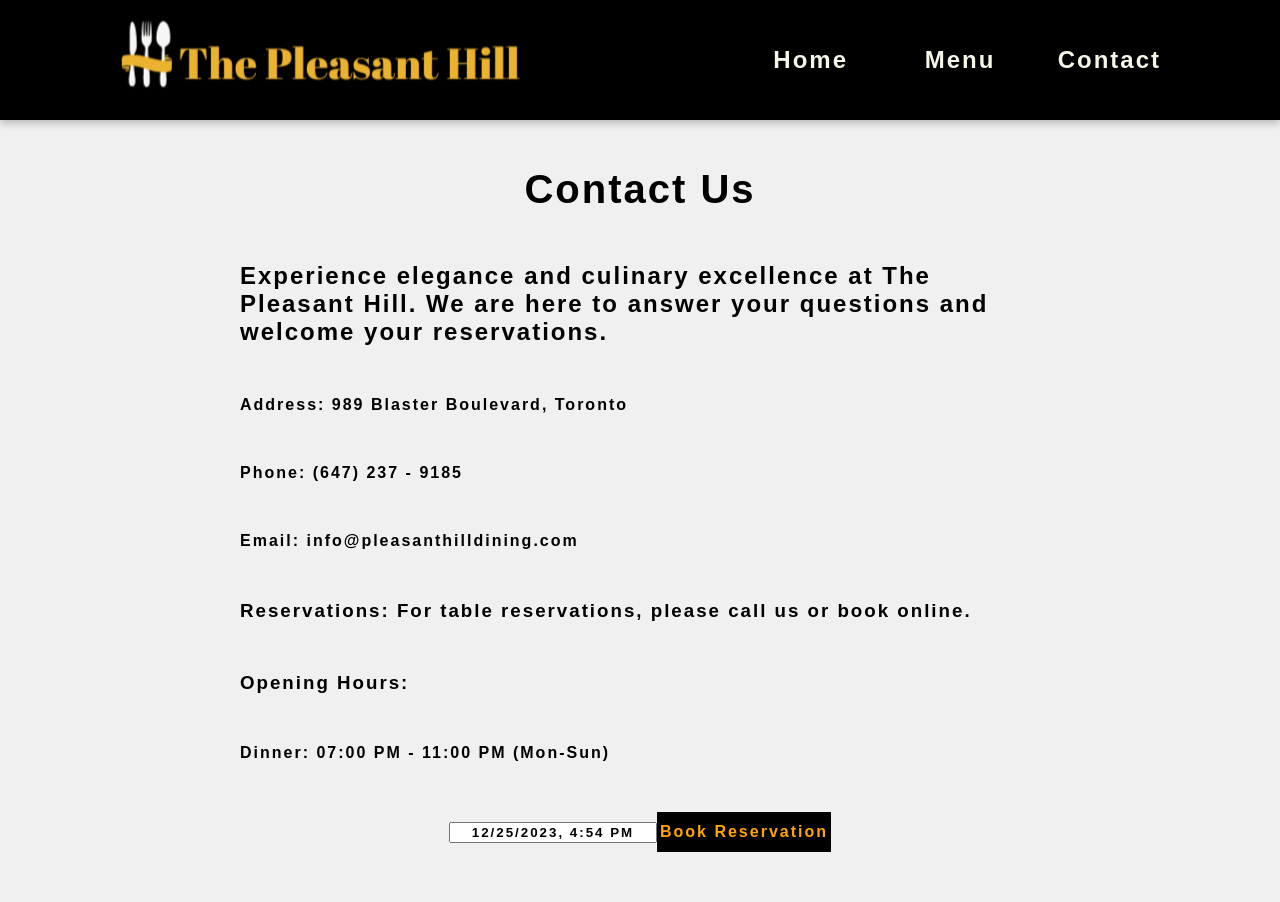
Repository: shayanabedi98/pleasant-hill-restaurant
Page: /, after clicking the first element matching `ul > :nth-child(3)`
An editor plug-in stored every save of this project. The page is shown before and after the next save, followed by the edit.
The browser window is 1280 px wide. The pictures show the part of the page from y = 0 to 902 px (the page is 1302 px tall).
Pictures or frames that could not be fetched are drawn as grey boxes. Some web fonts or font styles are not loaded; a fallback is used. The project was rebuilt for these pictures with package versions that can differ from the ones it lists, and the page was loaded fresh each time. Also part of the build but not shown: vite.config.js, src/components/MenuList.jsx, src/components/Appetizers.jsx, src/components/Entrees.jsx, src/components/Desserts.jsx, src/components/Drinks.jsx, src/components/Menu.jsx, src/index.css.

Above is the page before, as saved 2024-01-08 16:43:56.

### index.html
<!doctype html>
<html lang="en">
  <head>
    <meta charset="UTF-8" />
    <link rel="icon" type="image/svg+xml" href="/vite.svg" />
    <meta name="viewport" content="width=device-width, initial-scale=1.0" />
    <link rel="preconnect" href="https://fonts.googleapis.com">
    <link rel="preconnect" href="https://fonts.gstatic.com" crossorigin>
    <link href="https://fonts.googleapis.com/css2?family=Italiana&display=swap" rel="stylesheet">
    <title></title>
  </head>
  <body>
    <div id="root"></div>
    <script type="module" src="/src/main.jsx"></script>
  </body>
</html>

### src/App.jsx
import { useState } from "react";
import Contact from "./components/Contact";
import Home from "./components/Home";
import Menu from "./components/Menu";
import Navbar from "./components/Navbar";
import "./App.css";

function App() {
  const [activeDiv, setActiveDiv] = useState({
    home: true,
    menu: false,
    contact: false,
  });

  const renderDiv = (clickedItem) => {
    setActiveDiv({
      home: clickedItem === 'home',
      menu: clickedItem === 'menu',
      contact: clickedItem === 'contact'
    })
  }

  return (
    <>
      <Navbar onClick={renderDiv} />
      {activeDiv.home && <Home />}
      {activeDiv.menu && <Menu />}
      {activeDiv.contact && <Contact />}
    </>
  );
}

export default App;

### src/components/Contact.jsx
import React, { useState } from "react";
import DatePicker from "react-datepicker";
import "react-datepicker/dist/react-datepicker.css";

const Contact = () => {
  const [startDate, setStartDate] = useState(new Date());

  const startOfDay = new Date();
  startOfDay.setHours(19, 0, 0, 0);
  const endOfDay = new Date();
  endOfDay.setHours(23, 0, 0, 0);

  return (
    <div className="contact">
      <h1>Contact Us</h1>
      <h2>Experience elegance and culinary excellence at The Pleasant Hill. We are here to answer your questions and welcome your reservations.</h2>
      <p>Address: 989 Blaster Boulevard, Toronto</p>
      <p>Phone: (647) 237 - 9185</p>
      <p>Email: info@pleasanthilldining.com</p>
      <h3>Reservations: For table reservations, please call us or book online.</h3>
      <h3>Opening Hours:</h3>
      <p>Dinner: 07:00 PM - 11:00 PM (Mon-Sun)</p>
      <DatePicker
        selected={startDate}
        onChange={(date) => setStartDate(date)}
        minDate={startDate}
        minTime={startOfDay}
        maxTime={endOfDay}
        showTimeSelect
        dateFormat="Pp"
      />
      <button>Book Reservation</button>
      <div className="iframe-div">
        <iframe
          className="map"
          src="https://www.google.com/maps/embed?pb=!1m18!1m12!1m3!1d721.6078904512414!2d-79.3904640303319!3d43.65999366841537!2m3!1f0!2f0!3f0!3m2!1i1024!2i768!4f13.1!3m3!1m2!1s0x882b34b7cf806435%3A0x842c90518fb9fea1!2s109%20College%20St%2C%20Toronto%2C%20ON%20M5G%201L6!5e0!3m2!1sen!2sca!4v1703711320331!5m2!1sen!2sca"
          width="800"
          height="400"
          style={{ border: 0 }}
        ></iframe>
      </div>
    </div>
  );
};

export default Contact;

### src/components/Home.jsx
import React from 'react'
import aboutImg from '../assets/about.jpg'
import toronto from '../assets/toronto.jpg'
import '../assets/banner.jpg'

const Home = () => {
  return (
    <div className='home'>
      <div className='banner-content'>
        <h1>Dine in luxury at The Pleasant Hill</h1>
        <div className='banner-buttons'>
          <button>View Menu</button>
          <button>Book Reservation</button>
        </div>
      </div>
      <div className="about">
        <div className='about1'>
          <img src={aboutImg} alt="zoomed in picture of a dining table with utensils" />
          <h2>Indulge in the Epitome of Gastronomic Luxury at The Pleasant Hill, Toronto's premier dining establishment where every dish promises an adventure for the senses. Experience the pinnacle of culinary artistry in the heart of Ontario. Each dish is a masterpiece, composed of the finest locally-sourced ingredients and presented with the elegance worthy of royalty.</h2>
        </div>

        <div className="about2">
          <p>Nestled in the heart of Toronto, Ontario, The Pleasant Hill offers an oasis of culinary refinement in a world bustling with activity. This luxurious haven of gastronomy is not just a restaurant; it is a destination where the art of fine dining is celebrated, and every meal is an exquisite journey. With its opulent ambiance, The Pleasant Hill invites patrons to indulge in a symphony of flavors crafted by world-renowned chefs. Our sommelier-curated wine selection complements the epicurean delights, featuring rare vintages and sought-after labels from the most esteemed vineyards. At The Pleasant Hill, we believe that a meal should be a cherished moment, a time to savor the luxuries that life has to offer. We take pride in creating an unforgettable experience that begins with a warm welcome and lingers long after the last decadent dessert is enjoyed. Come, be our guest and immerse yourself in the pinnacle of Toronto's dining scene.</p>
          <img src={toronto} alt="Toronto skyline" />
        </div>
      </div>
    </div>
  )
}

export default Home

### src/components/Navbar.jsx
import React from "react";
import logo from "../assets/logo2.png";

const Navbar = ({ onClick }) => {
  return (
    <div className="navbar">
      <img src={logo} alt="" />
      <ul>
        <li onClick={() => onClick("home")}>Home</li>
        <li onClick={() => onClick("menu")}>Menu</li>
        <li onClick={() => onClick("contact")}>Contact</li>
      </ul>
    </div>
  );
};

export default Navbar;

### src/App.css
* {
  font-family: 'Italiana', sans-serif;
  font-weight: 600;
  letter-spacing: 2px;
}

body {
  padding: 0px;
  margin: 0px;
}

.navbar {
  background-color: black;
  display: grid;
  grid-template-columns: 1fr 1fr;
  place-items: center;
  align-content: center;
  height: 120px;
  box-shadow: rgba(0, 0, 0, 0.24) 0px 3px 8px;
  z-index: 2;
  position: fixed;
  width: 100%;
  top: 0;
}

.navbar ul li {
  list-style: none;
  font-size: 24px;
  text-align: center;
  color: rgb(245, 245, 232);
  background-color: black;
}

.navbar ul {
  display: grid;
  width: 70%;
  grid-template-columns: 1fr 1fr 1fr;
  padding: 0px;
  margin: 0px;

}

.navbar ul li:hover {
  cursor: pointer;
  background-color: #aa9c66;
}

.banner-content {
  background: url('./assets/banner.jpg');
  background-attachment: fixed;
  height: 980px;
  display: grid;
  place-items: center;
}

.banner-content h1 {
  position: relative;
  top: 200px;
  font-size: 70px;
  color: #ffffff;
}

.banner-buttons {
  position: relative;
  top: -150px;
  display: grid;
  grid-template-columns: 1fr 1fr;
  gap: 50px;
}

.banner-buttons button {
  width: 170px;
  height: 70px;
  font-size: 20px;
  border: none;
  background-color: #aa9c66;
  color: #ffffff;
  cursor: pointer;
  box-shadow: rgba(50, 50, 93, 0.25) 0px 13px 27px -5px, rgba(0, 0, 0, 0.3) 0px 8px 16px -8px;
}

.about {
  box-shadow: rgba(0, 0, 0, 0.1) 0px 4px 6px -1px, rgba(0, 0, 0, 0.06) 0px 2px 4px -1px;
  width: 1220px;
  margin: 70px auto;
  padding: 40px;
  text-align: start;
  background-color: #f0f0f0;
}

.about1, .about2 {
  display: grid;
  grid-template-columns: 1fr 1fr;
  place-items: center;
  width: 1200px;
  margin: 70px auto;
  padding: 25px;
  line-height: 35px;
}

.about img {
  height: 550px;
  width: 550px;
  object-fit: cover;
}

.menu {
  background-color: #f0f0f0;
  width: 1220px;
  padding: 40px;
  margin: 120px auto;
  box-shadow: rgba(0, 0, 0, 0.1) 0px 4px 6px -1px, rgba(0, 0, 0, 0.06) 0px 2px 4px -1px;
}

.card-container {
  display: grid;
  gap: 20px;
  grid-template-columns: repeat(3, 1fr);
  place-items: center;
  color: #aa9c66;
  width: 1200px;
  margin: auto;
}

.menu-imgs {
  width: 300px;
  margin: 30px 30px 30px 30px;
  border-radius: 5%;
}

.menu-desc {
  text-align: center;
  font-weight: 600;
  padding-left: 20px;
  padding-right: 20px
}

.menu-names {
  font-size: 25px;
  text-decoration: underline;
  color: rgb(158, 152, 96);
}

.card {
  width: 370px;
  min-height: 400px;
  cursor: pointer;
  box-shadow: 0 13px 27px -5px hsla(240, 30.1%, 28%, 0.25), 0 8px 16px -8px hsla(0, 0%, 0%, 0.3), 0 -6px 16px -6px hsla(0, 0%, 0%, 0.03);
  transition: all ease 200ms;
  display: grid;
  place-items: center;
  grid-template-rows: 1fr 0.3fr 0.3fr;
  background-color: black;
  border-radius: 1rem;
  overflow: hidden;

}

.card:hover {
  cursor: pointer;
  transform: scale(1.03);
  box-shadow: 0 13px 40px -5px hsla(240, 30.1%, 28%, 0.12), 0 8px 32px -8px hsla(0, 0%, 0%, 0.14), 0 -6px 32px -6px hsla(0, 0%, 0%, 0.02);
}


.menu-desc, .menu-names {
  background-color: black;
}

.menu h2 {
  text-align: center;
  font-size: 35px;
  margin: 60px 0 60px 0;

}

.menu h1 {
  text-align: center;
  font-size: 40px;
}

.menu-top-p {
  text-align: center;
  font-size: 23px;
  width: 1200px;
  margin: 70px auto;
}

.contact {
  background-color: #f0f0f0;
  width: 1200px;
  margin: 100px auto;
  height: 730px;
  padding: 40px;
  text-align: center;
}


.contact h1 {
  text-align: center;
  width: 1200px;
  font-size: 40px;
}

.contact p, .contact h2, .contact h3 {
  text-align: start;
  width: 800px;
  margin: 50px auto;
}


/* Style the calendar container */
.react-datepicker {
  border: none;
  border-radius: 10px;
  box-shadow: 0 4px 8px rgba(0, 0, 0, 0.1);

}

react-datepicker__input-container {
  margin: 0 auto;
}

.contact input {
  width: 200px;
  text-align: center;
  font-family: sans-serif;
}

/* Style the header */
.react-datepicker__header {
  background-color: #4a90e2;
  color: white;
}

/* Style the days of the week */
.react-datepicker__day-name {
  color: #333;
}

/* Style the date cells */
.react-datepicker__day, .react-datepicker__day-name {
  width: 2.5rem;
  line-height: 2.5rem;
  margin: 0.166rem;
  border-radius: 50%;
}

/* Style the selected date */
.react-datepicker__day--selected {
  background-color: #c2ab4f;
  color: white;
}

/* Style the hover effect on dates */
.react-datepicker__day:hover {
  background-color: #aa9c66;
}

.react-datepicker__time-container {
width: 120px;
}

.react-datepicker__time-box {
  width: 120px !important;
}

.contact button {
  height: 40px;
  cursor: pointer;
  border: none;
  background-color: black;
  color: orange;
  font-size: 16px;
  padding: 3px;
}

.iframe-div {
  margin: 50px auto;
  display: flex;
  justify-content: center;
  align-items: center;
  height: 400px;
}



@media only screen and (max-width: 1300px) {
  .about {
    width: 100%;
    padding: 0;
  }

  .about1, .about2 {
    grid-template-rows: 1fr 1fr;
    grid-template-columns: none;

  }

  .about1 {
    margin: 0;
    padding-top: 50px;
  }

  .about1 img {
    width: 500px;
    height: 300px;
  }

  .about1 h2 {
    font-size: 20px;
    margin: 50px 40px 40px 40px;
    text-align: center;
  }

  .about2 img {
    order: -1;
    width: 600px;
    height: 400px;
  }

  .about2 p {
    text-align: center;
    font-size: 15px;
  }

  .banner-content {
    width: 100%;
  }

  .home {
    width: 100%;
  }

  .home h1 {
    font-size: 45px;
  }

  .banner-buttons button {
    width: 170px;
  }

}

Loaded but not shown: src/main.jsx (common file)

After the next save:
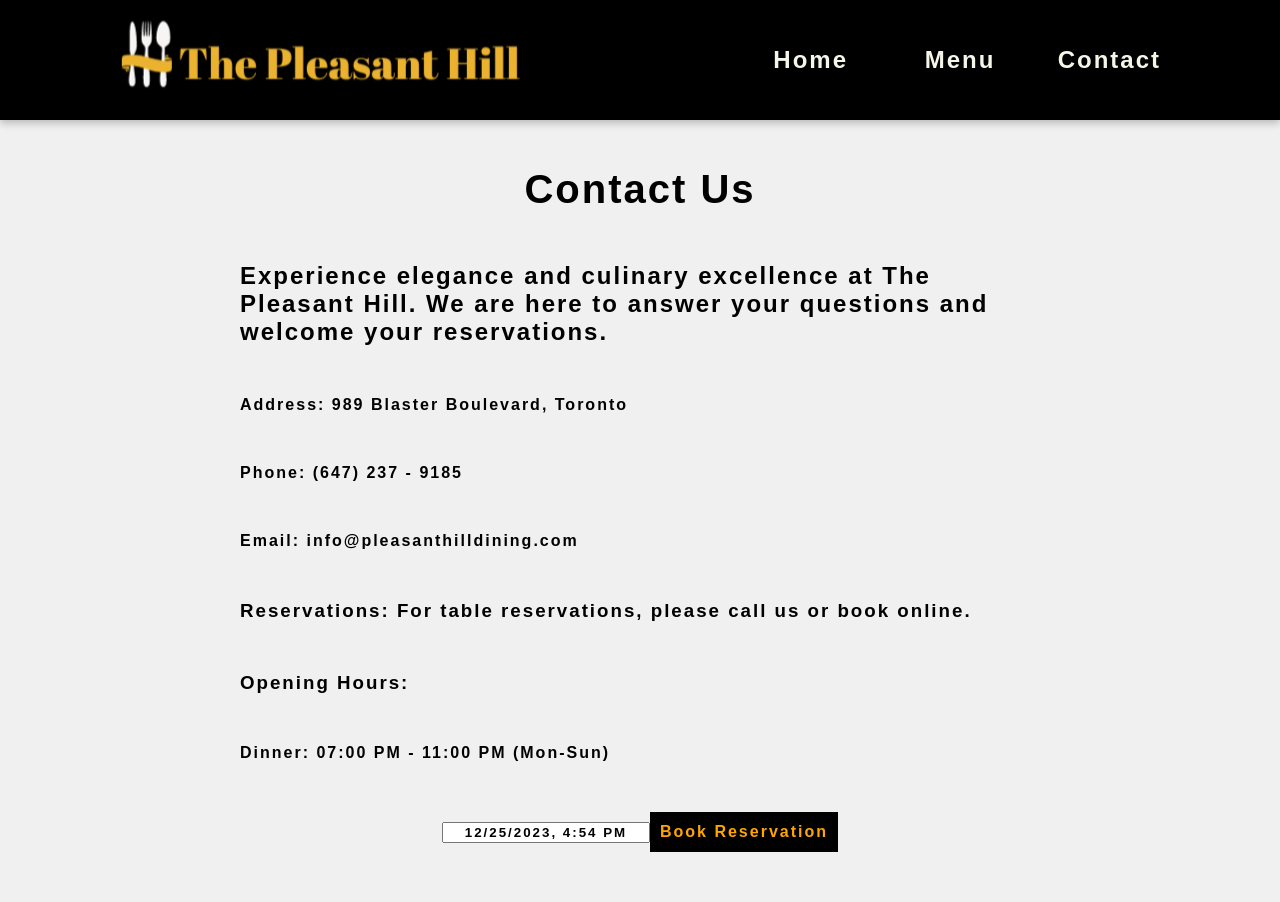
Saved 4 s later.
--- a/src/App.css
+++ b/src/App.css
@@ -272,7 +272,7 @@ width: 120px;
   background-color: black;
   color: orange;
   font-size: 16px;
-  padding: 3px;
+  padding: 10px;
 }
 
 .iframe-div {
